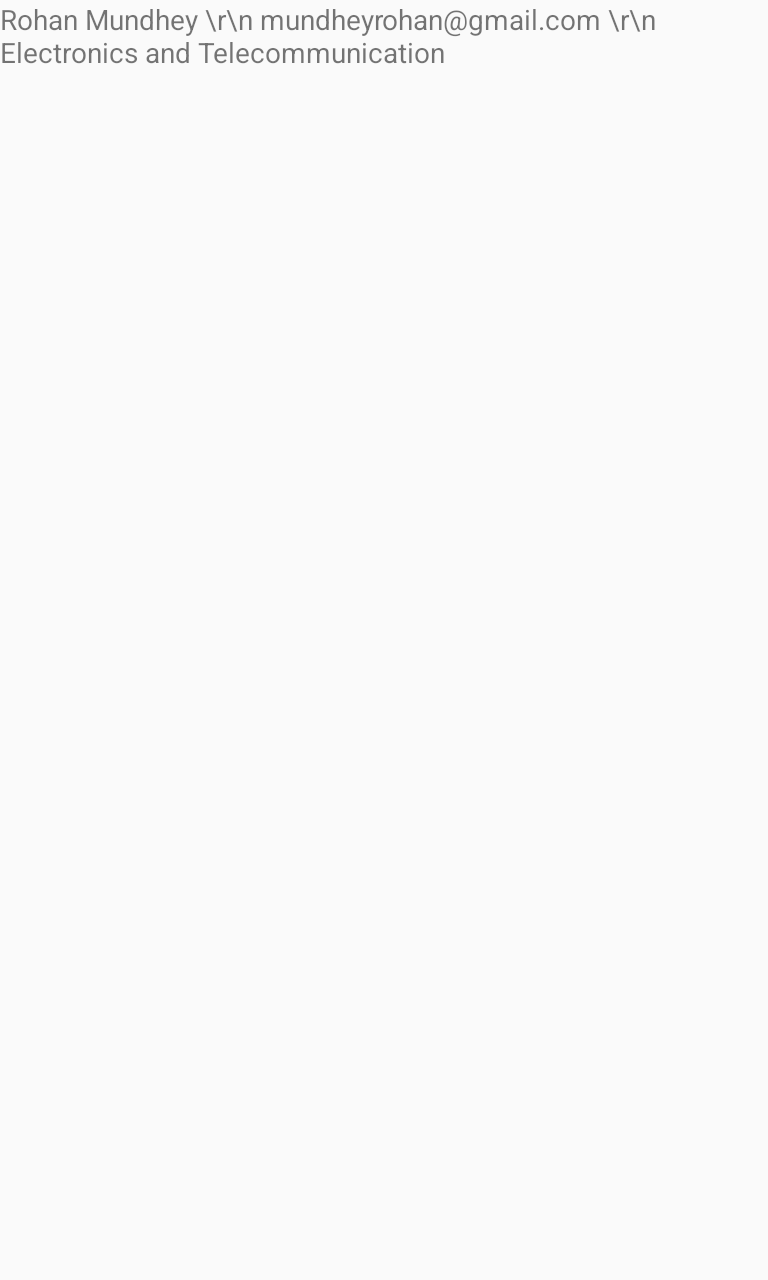
Repository: Attaphon1996/Engineering-Stuff
Layout: OSource/Android Play/Android_Projects/YASH15.0/res/layout/developer.xml
These files come from the project's save history. The layout is drawn as it stood at one moment and after the next save; the edit follows.
It is drawn on a 768 x 1280 px phone screen (xhdpi) without system bars, with theme AppTheme; the app's code is not run.

Above is the layout before, as saved 2015-02-10 09:42:03.

### OSource/Android Play/Android_Projects/YASH15.0/res/layout/developer.xml
<?xml version="1.0" encoding="utf-8"?>
<LinearLayout xmlns:android="http://schemas.android.com/apk/res/android"
    android:layout_width="match_parent"
    android:layout_height="match_parent"
    android:orientation="vertical" >

    <TextView
        android:id="@+id/developer"
        android:layout_width="wrap_content"
        android:layout_height="wrap_content"
        android:text="Rohan Mundhey \r\n mundheyrohan@gmail.com \r\n Electronics and Telecommunication" />

</LinearLayout>

Loaded but not shown: OSource/Android Play/Android_Projects/YASH15.0/res/values/styles.xml (common file); OSource/Android Play/Android_Projects/YASH15.0/res/values-v11/styles.xml (common file); OSource/Android Play/Android_Projects/YASH15.0/res/values-v14/styles.xml (common file)

After the next save:
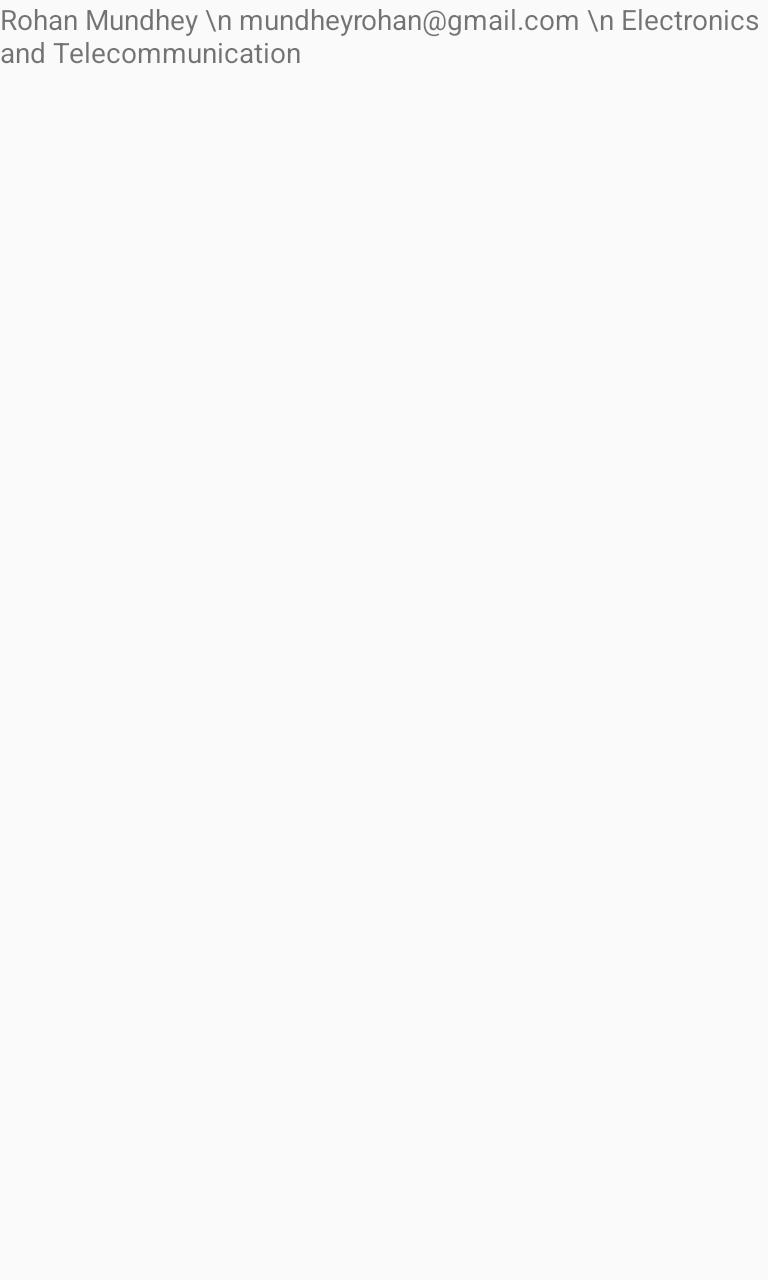
Saved 78 s later.
--- a/OSource/Android Play/Android_Projects/YASH15.0/res/layout/developer.xml
+++ b/OSource/Android Play/Android_Projects/YASH15.0/res/layout/developer.xml
@@ -8,6 +8,6 @@
         android:id="@+id/developer"
         android:layout_width="wrap_content"
         android:layout_height="wrap_content"
-        android:text="Rohan Mundhey \r\n mundheyrohan@gmail.com \r\n Electronics and Telecommunication" />
+        android:text="Rohan Mundhey \n mundheyrohan@gmail.com \n Electronics and Telecommunication" />
 
 </LinearLayout>
